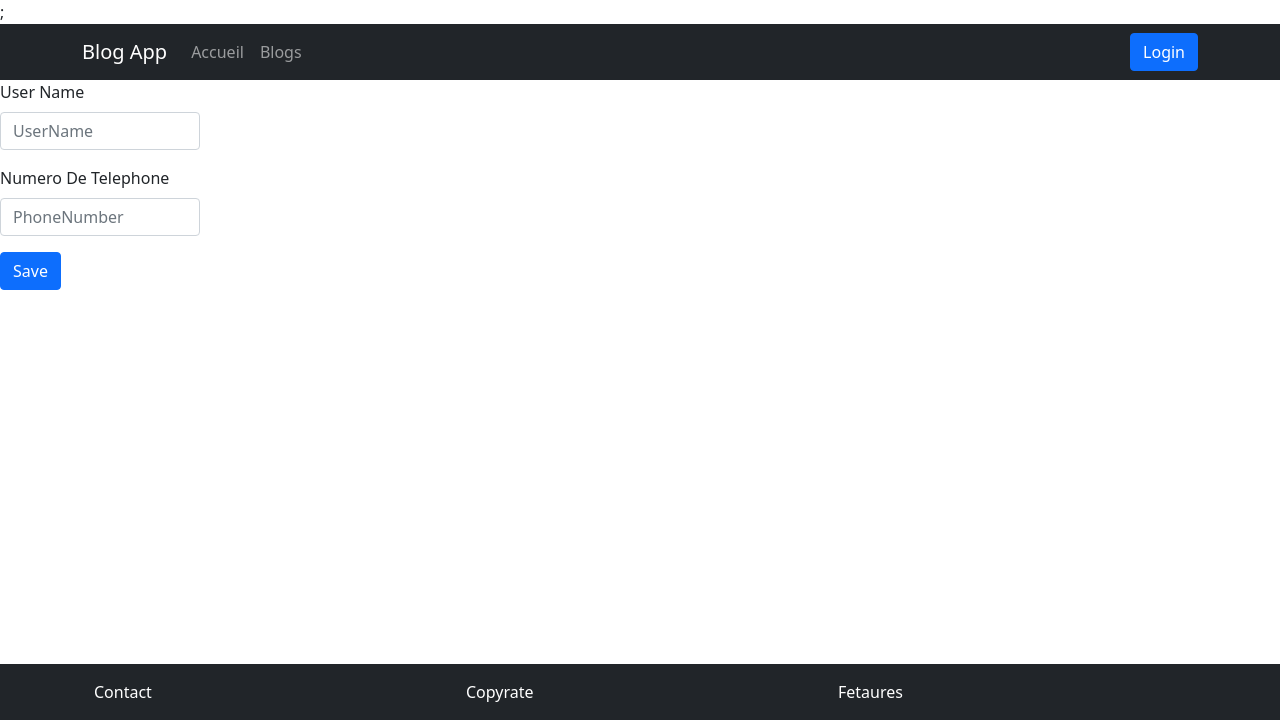
Repository: FS-23/laravel-blog-app
Page: http://localhost/user/create
An editor plug-in stored every save of this project. The page is shown before and after the next save, followed by the edit.
The browser window is 1280 px wide. The pictures show the whole page.
The page is served by the project's Laravel application, run on PHP 8.4 with Laravel 9.

Above is the page before, as saved 2022-06-07 11:27:03.

After the next save:
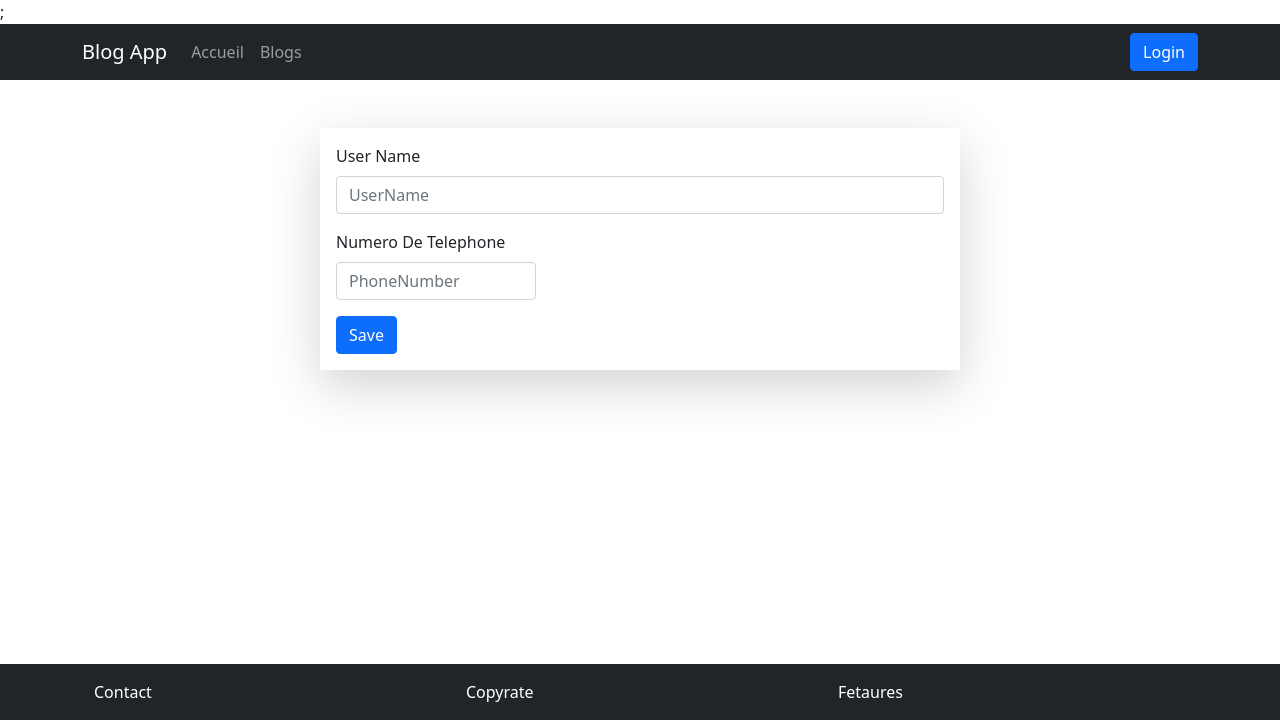
Saved 75 s later.
--- a/BlogApp/resources/views/user/create.blade.php
+++ b/BlogApp/resources/views/user/create.blade.php
@@ -2,7 +2,8 @@
 @section('content')
 
 <form method="post" action="/user/store">
-    <div class="mb-3" style="width:200px">
+    <div class="w-50 m-auto mt-5 shadow-lg p-3">
+    <div class="mb-3">
         <label for="exampleInputUser" class="form-label">User Name</label>
         <input type="text" class="form-control" placeholder="UserName">
       </div>
@@ -11,6 +12,7 @@
         <input type="number" class="form-control" placeholder="PhoneNumber">
       </div>
     <button class="btn btn-primary">Save</button>
+</div>
     @csrf
 </form>
 
